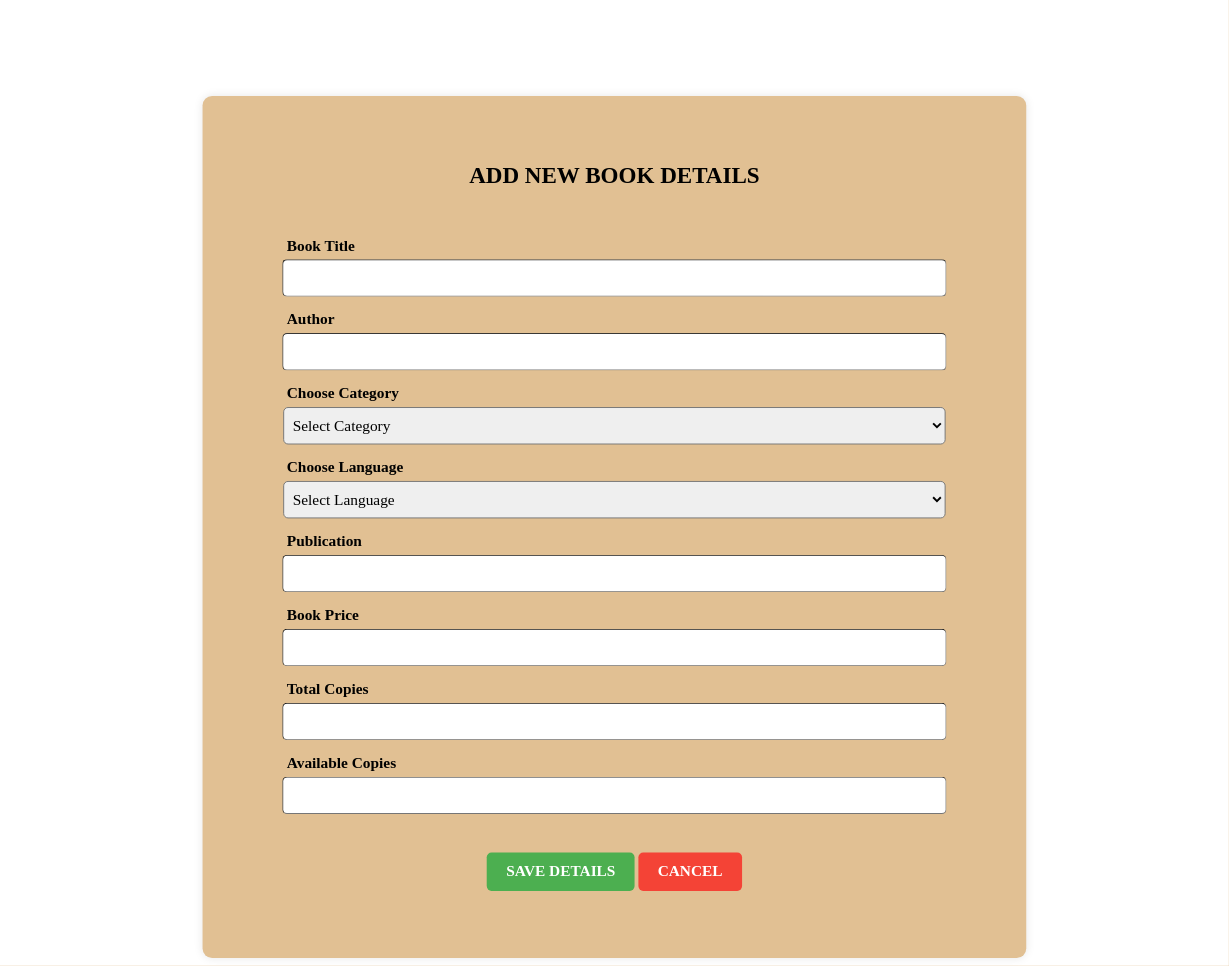
Repository: devikrishna908/RURAL-LIBRARY-MANAGEMENT
Page: http://localhost/library-management/WEB-INF/jsp/add-book.jsp
These files come from the project's save history. The page is drawn as it stood at one moment and after the next save; the edit follows.
The browser window is 1280 px wide. The pictures show the whole page, at 96% of full size.
The page is served by Tomcat 9. Nobody is signed in. Other server files are loaded and not shown. The template is opened directly, without the code that normally fills it, so the values that code supplies are empty.

Above is the page before, as saved 2024-05-24 06:09:16.

### library-management/src/main/webapp/WEB-INF/jsp/add-book.jsp
<%@ page language="java" contentType="text/html; charset=ISO-8859-1"
    pageEncoding="ISO-8859-1"%>
<!DOCTYPE html>
<html>
<head>
<meta charset="ISO-8859-1">
<title>Add Book</title>
<link rel="stylesheet" href="css/new-book.css">
</head>
<body>
	<div class="container">
		<h2>ADD NEW BOOK DETAILS</h2>
		<div class="form-container">
			<form name="create" method="post" action="/add-book"
				onsubmit="return validateForm()">

	    	    <label for="bookTitle">Book Title</label>
    	    	<input type="text" id="bookTitle" name="bookTitle"><br>

		        <label for="author">Author</label>
    		    <input type="text" id="author" name="author"><br>

				<label for="category">Choose Category</label>
				<select id="service" name="service">
					<option value="nil">Select Category</option>
					<option value="NOVEL">NOVEL</option>
					<option value="ARTICLES">ARTICLES</option>
					<option value="BIOGRAPHY">BIOGRAPHY</option>
					<option value="SHORT STORIES">SHORT STORIES</option>
					<option value="TRAVELOGUE">TRAVELOGUE</option>
					<option value="CLASSICS">CLASSICS</option>
					<option value="COMICS">COMICS</option>
					<option value="EDUCATION AND STUDY AID">EDUCATION AND STUDY AID</option>
					<option value="HEALTH AND FITNESS">HEALTH AND FITNESS</option>
					<option value="DRAMA">DRAMA</option>
					<option value="SCIENCE FICTION">SCIENCE FICTION</option>
					<option value="NON FICTION">NON FICTION</option>
					<option value="CHILDREN'S LITERATURE">CHILDREN'S LITERATURE</option>
					<option value="FANTASY">FANTASY</option>
					<option value="HISTORY">HISTORY</option>
					<option value="SCIENCE">SCIENCE</option>
				</select>

				<label for="language">Choose Language</label>
				<select id="service" name="service">
					<option value="nil">Select Language</option>
					<option value="ENGLISH">ENGLISH</option>
					<option value="MALAYALAM">MALAYALAM</option>
					<option value="HINDI">HINDI</option>
				</select>

		        <label for="publication">Publication</label>
    		    <input type="text" id="publication" name="publication"><br>

		        <label for="price">Book Price</label>
    		    <input type="text" id="price" name="price"><br>

		        <label for="total">Total Copies</label>
    		    <input type="text" id="total" name="total"><br>

		        <label for="available">Available Copies</label>
    		    <input type="text" id="available" name="available"><br>

				<div class="input-button">
					<input type="submit" value="SAVE DETAILS" class="insert">
					<input type="button" value="CANCEL" class="cancel" onclick="cancelAction()"> <br>
				</div>
			</form>
		</div>

	</div>

</body>
</html>

### library-management/src/main/resources/static/css/new-book.css

h2 {
	text-align: center;
	margin-bottom: 50px;
}

.form-container {
	text-align: center;
}

.container {
	width: 60%; /* Adjust the width of the container as needed */
	margin: 0 auto; /* Center the container horizontally */
	margin-top: 100px;
	background-color: rgb(225, 192, 147);
	/* Set the background color of the container */
	padding: 50px; /* Add some padding to the container */
	border-radius: 10px; /* Add rounded corners to the container */
	box-shadow: 0 0 10px rgba(0, 0, 0, 0.1);
	/* Add a shadow effect to the container */
}

.form-container label {
	display: block;
	text-align: left;
	font-family: serif;
	font-size: 12pt;
	font-weight:bold;
	margin-top:5px;
	margin-bottom: 5px;
	margin-left: 5%; /* Add some space between labels and input boxes */
}

.form-container input[type="password"] {
	border-radius: 5px;
	border-width: 1px;
	font-family:serif;
	font-size:12pt;
	padding-left:5px;
	width: 90%; /* Set the width of input boxes */
	margin-bottom: 10px; /* Add some space between input boxes */
	height: 35px;
}
.form-container select {
    border-radius: 5px;
    border-width: .5px;
    font-family: serif;
    font-size: 12pt;
    padding-left: 5px;
    width: 91%; /* Set the width of the select box */
    margin-bottom: 10px; /* Add some space between input boxes */
    height: 39px;
}

.form-container input[type="text"] {
	border-radius: 5px;
	border-width: .5px;
	font-family:serif;
	font-size:12pt;
	padding-left:5px;
	width: 90%; /* Set the width of input boxes */
	margin-bottom: 10px; /* Add some space between input boxes */
	height: 35px;
}

.form-container textarea {
	width: 90%; /* Set the width of input boxes */
	margin-bottom: 10px; /* Add some space between input boxes */
	padding-left:5px;
	font-family:serif;
	font-size:12pt;
	border-width: .5px;
	border-radius: 5px;
}

.form-container textarea {
	height: 100px; /* Set the height of the textarea */
}

.input-button {
	text-align: center;
	margin-top: 30px; /* Space above the buttons */
	margin-bottom: 20px;
}

.input-button input[type="submit"], .input-button input[type="button"] {
	height: 40px;
	padding: 8px 20px;
	font-size: 12pt;
	border: none;
	font-family: 'Times New Roman', Times, serif;
	font-weight: bold;
	cursor: pointer;
	border-radius: 5px;
}

.input-button input[type="submit"].insert {
	background-color: #4CAF50;
	/* Green background for the "CREATE" button */
	color: white;
}

.input-button input[type="button"].cancel {
	background-color: #f44336; /* Red background for the "CANCEL" button */
	color: white;
}

After the next save:
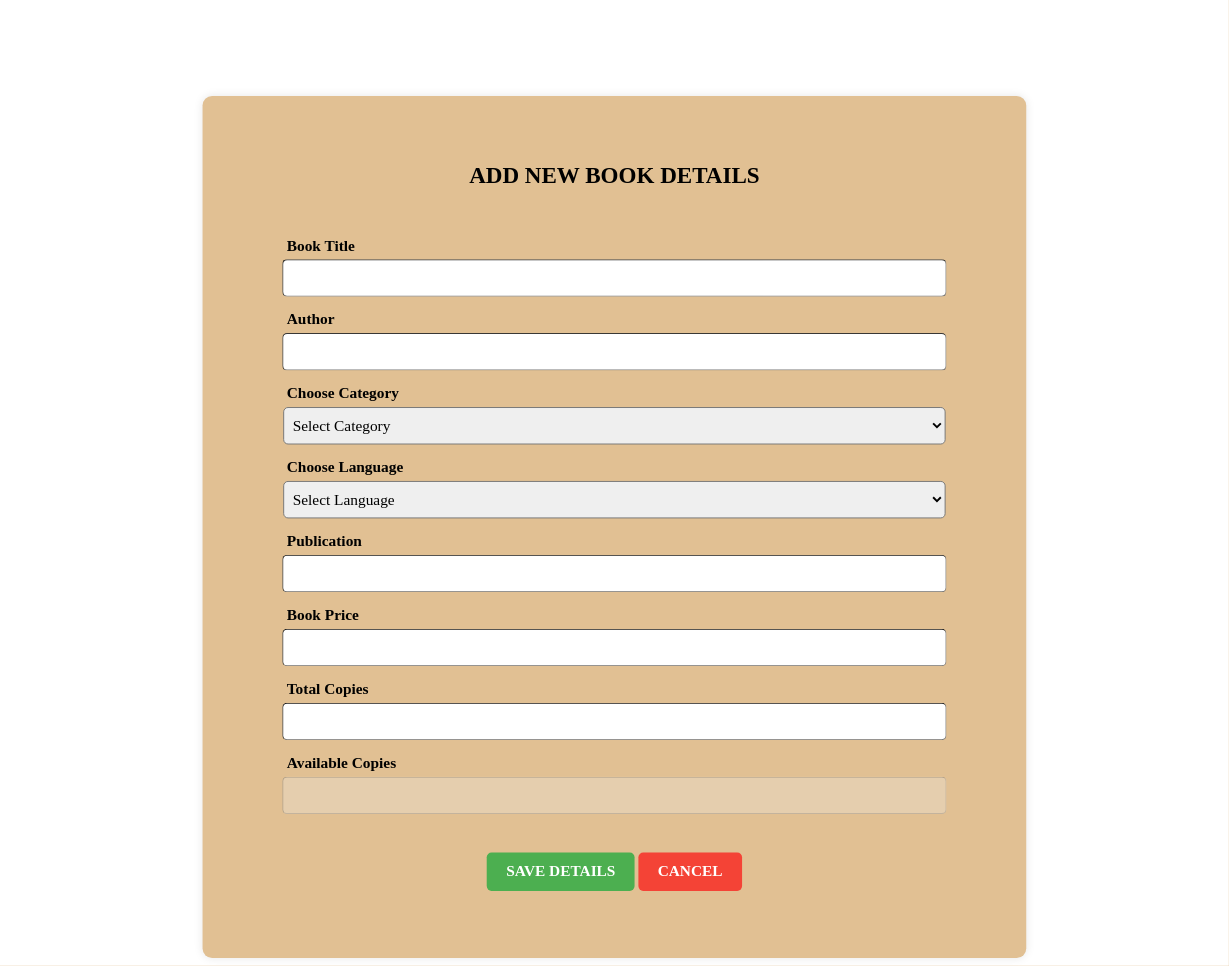
Saved 2 min 38 s later.
--- a/library-management/src/main/webapp/WEB-INF/jsp/add-book.jsp
+++ b/library-management/src/main/webapp/WEB-INF/jsp/add-book.jsp
@@ -59,7 +59,7 @@
     		    <input type="text" id="total" name="total"><br>
 
 		        <label for="available">Available Copies</label>
-    		    <input type="text" id="available" name="available"><br>
+    		    <input type="text" id="available" name="available" disabled><br>
 
 				<div class="input-button">
 					<input type="submit" value="SAVE DETAILS" class="insert">
